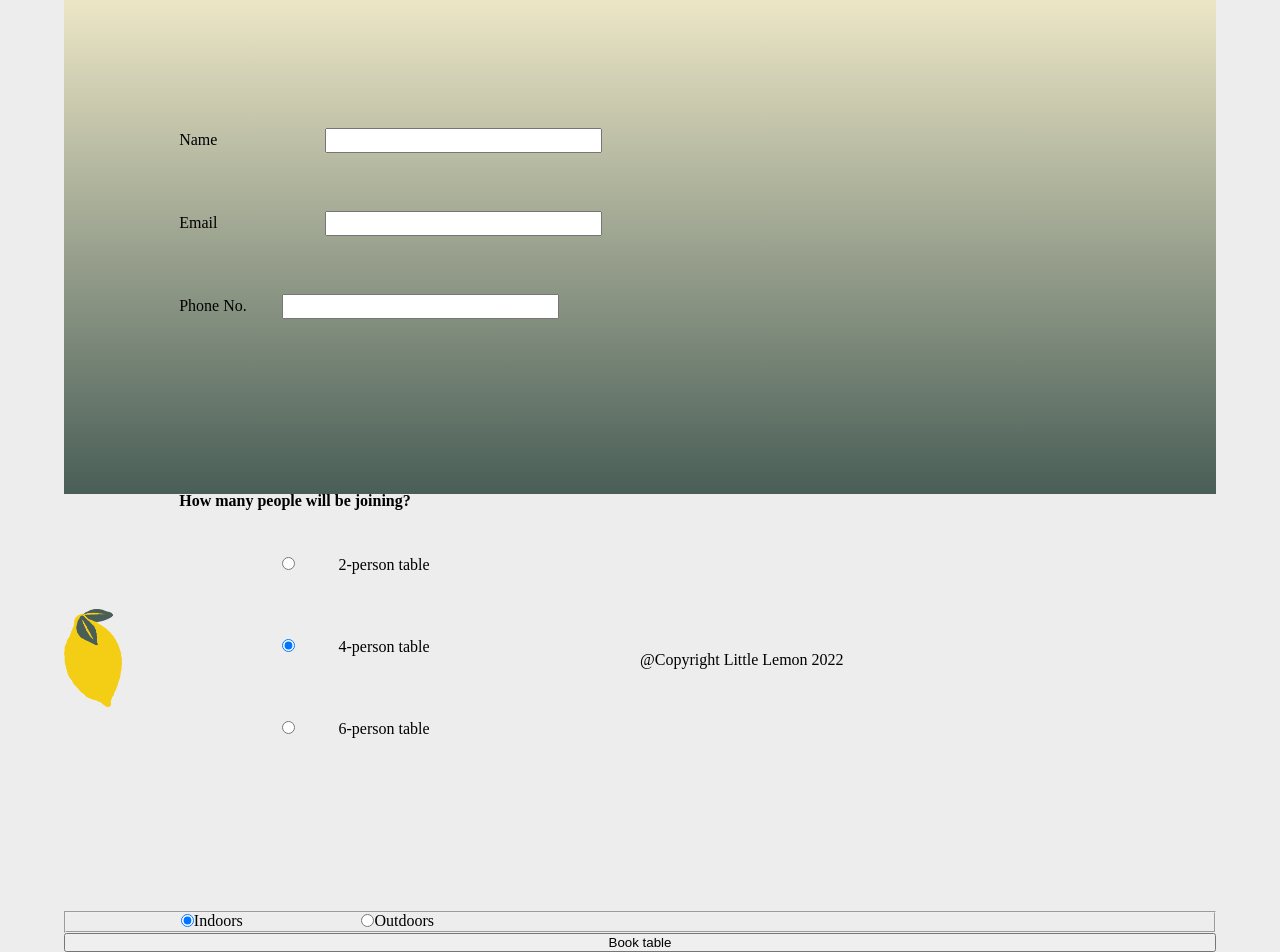
Repository: klone007/littleLemon
Page: index.html
An editor plug-in stored every save of this project. The page is shown before and after the next save, followed by the edit.
The browser window is 1280 px wide. The pictures show the part of the page from y = 3473 to 4425 px (the page is 4425 px tall).
A picture or video elsewhere on the page could not be fetched, so the positions and the page height are approximate. Backgrounds fixed to the window are drawn as part of the page.

Above is the page before, as saved 2022-11-17 13:38:17.

After the next save:
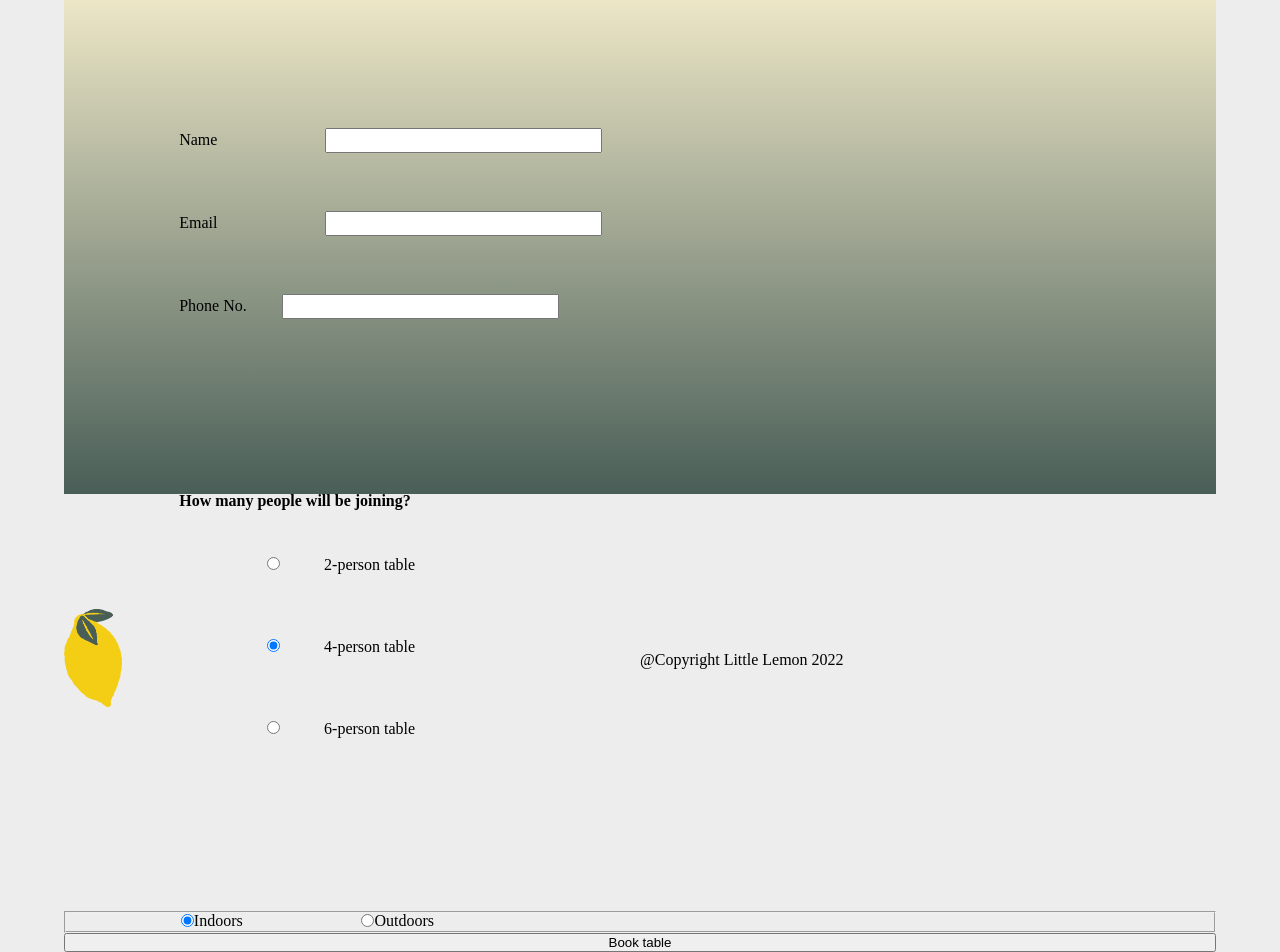
Saved 6 s later.
--- a/styles.css
+++ b/styles.css
@@ -511,7 +511,7 @@
 }
 
 #size label {
-    margin-left:-2rem ;
+    margin-left:-3rem ;
 }
 
 input[name=size] {
